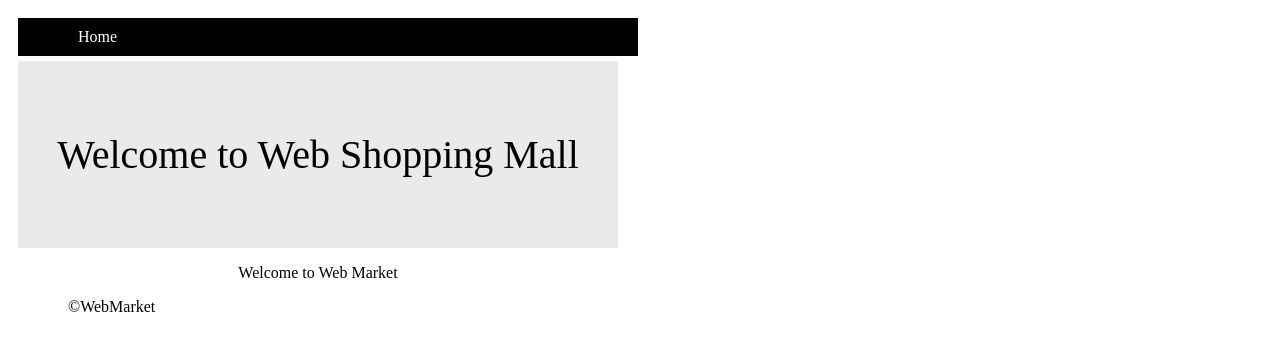
Repository: JuHyeon-S/21-1-Web-Back-end_Programming
Page: http://localhost/week07_20185135/work05_20185135.jsp
These files come from the project's save history. The page is drawn as it stood at one moment and after the next save; the edit follows.
The browser window is 1280 px wide. The pictures show the whole page.
The page is served by Tomcat 9.

Above is the page before, as saved 2021-04-15 03:24:51.

After the next save:
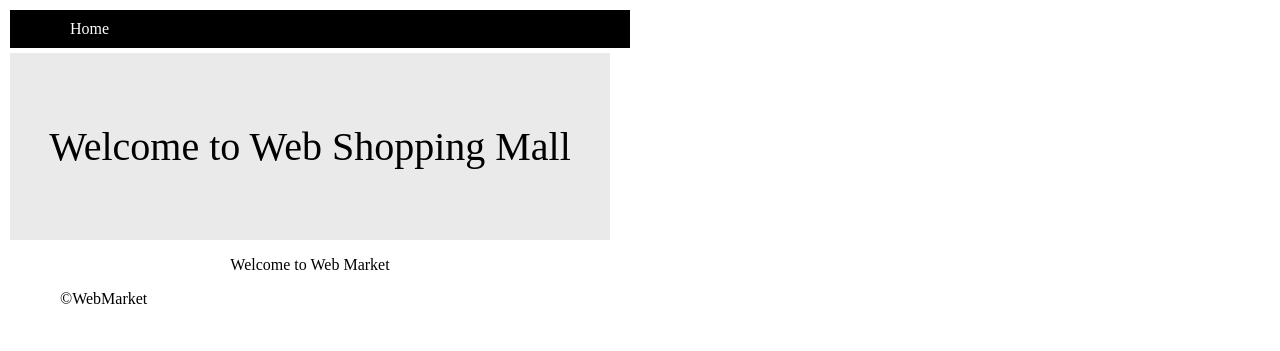
Saved 70 s later.
--- a/week07/week07_20185135/src/main/webapp/work05_20185135_css.css
+++ b/week07/week07_20185135/src/main/webapp/work05_20185135_css.css
@@ -2,7 +2,7 @@
 
 body {
 	width: 600px;
-	padding: 10px;
+	margin: 10px;
 }
 
 .title{
@@ -19,9 +19,7 @@ body {
 	color: white;
 	text-decoration: none;
 }
-section{
-	width:100%;
-}
+
 .div1{
 
 	padding-top: 30px;
